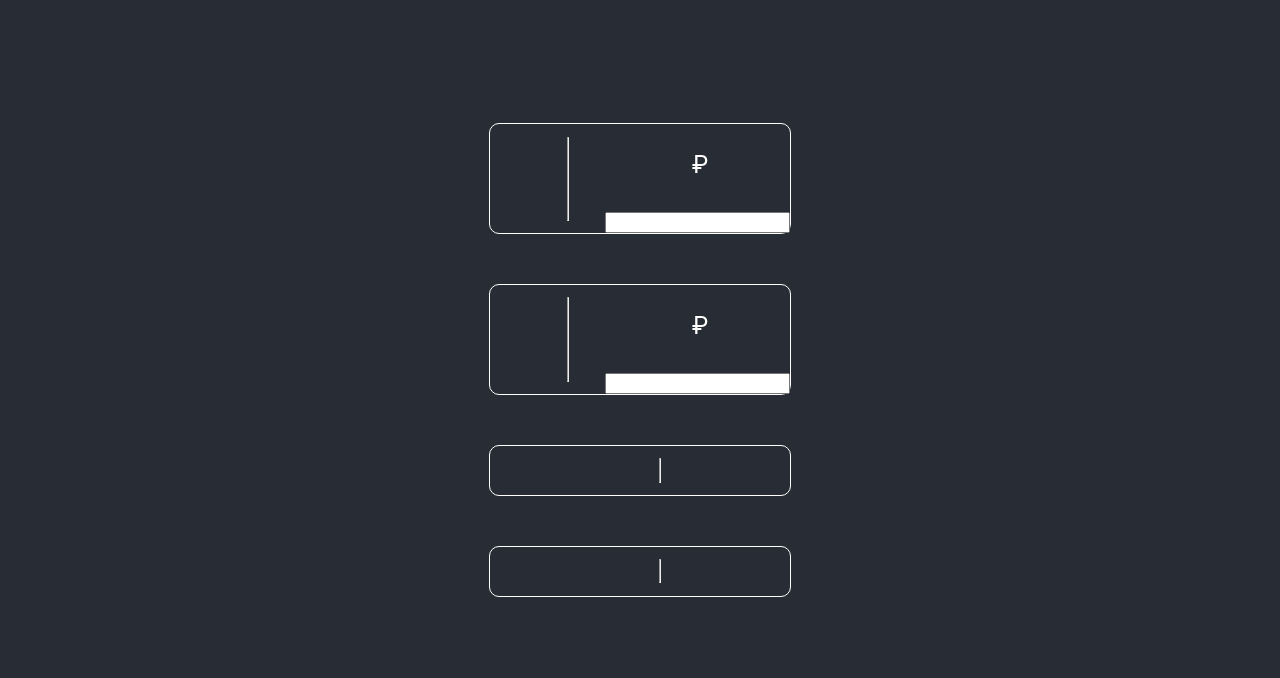
Repository: bandikost/capers
Page: /main
An editor plug-in stored every save of this project. The page is shown before and after a run of saves, followed by the edit.
The browser window is 1280 px wide. The pictures show the whole page.
The page's requests for data from a server got no answer. The project was rebuilt for these pictures with package versions that can differ from the ones it lists, and the page was loaded fresh each time. No one was signed in, and anything a server would have sent is missing.

Above is the page before, as saved 2023-04-10 12:54:17.

### src/App.js
import logo from './logo.svg';
import './App.css';
import { BrowserRouter, Routes, Route } from "react-router-dom";
import Main from './components/Main';



function App() {
  return (
    <div className="App">
      <header className="App-header">
      <BrowserRouter >
        <Routes>
            <Route path='/main' element={<Main />}/>

        </Routes>
      </BrowserRouter>
      </header>
    </div>
  );
}

export default App;

### src/App.css
.App {
  text-align: center;
}

.App-logo {
  height: 40vmin;
  pointer-events: none;
}


.App-header {
  background-color: #282c34;
  min-height: 100vh;
  display: flex;
  flex-direction: column;
  align-items: center;
  justify-content: center;
  font-size: calc(10px + 2vmin);
  color: white;
}

.App-link {
  color: #61dafb;
}


.table {
  height: auto;
  margin: 0 auto 0;
}

.cell {
  border: 1px solid white;
  border-radius: 10px;
  width: 300px;
  margin: 50px 0px;
  display: flex;
  justify-content: space-between;
}

.cell p {
  padding: 0 20px;
}

### src/components/Main.jsx
import React, { useState, useEffect } from "react";
import firebase from "../firebase";
import UserInput from "./UserInput";

export const Main = () => {
  const [name, setName] = useState({});
  const [balance, setbalance] = useState({});

  useEffect(() => {
    const balanceRef = firebase.database().ref("balance");
    balanceRef.on("value", (snapshot) => {
      const data = snapshot.val();
      setbalance(data);
    });

    const nameRef = firebase.database().ref("name");
    nameRef.on("value", (snapshot) => {
      const data = snapshot.val();
      setName(data);
    });
  }, []);

  const getHighestBalanceUser = () => {
    const users = Object.keys(balance);
    let highestBalance = -Infinity;
    let highestBalanceUser = "";
    users.forEach((user) => {
      if (balance[user] > highestBalance) {
        highestBalance = balance[user];
        highestBalanceUser = user;
      }
    });
    return highestBalanceUser;
  };

  return (
    <div className="table">
      <div className="cell">
        <p>{name.user1}</p>
        <hr />
        <UserInput userId="user1" name={name.user1} balance={balance.user1} />
      </div>
      <div className="cell">
        <p>{name.user2}</p>
        <hr />
        <UserInput userId="user2" name={name.user2} balance={balance.user2} />
      </div>
      <div className="cell">
        <p>{name.user3}</p>
        <hr />
      </div>
      <div className="cell">
        <p>{name.user4}</p>
        <hr />
        </div>
        </div>

  )
}
  export default Main;

### src/firebase.js

import "firebase/database";
import firebase from "firebase/compat/app";
import "firebase/compat/database";
import { getAuth } from "firebase/auth";
import { getFirestore } from "firebase/firestore";
import { getStorage, ref } from "firebase/storage";


const firebaseConfig = {
    apiKey: "AIzaSyBp1x8lQCSbuPwbK_sXJ7eGkGpN9c7ONY8",
    authDomain: "capers-a3171.firebaseapp.com",
    databaseURL: "https://capers-a3171-default-rtdb.europe-west1.firebasedatabase.app",
    projectId: "capers-a3171",
    storageBucket: "capers-a3171.appspot.com",
    messagingSenderId: "794243042023",
    appId: "1:794243042023:web:668504b8bdcbe9b7c63042",
    measurementId: "G-7YW48MQCSP"
  };

firebase.initializeApp(firebaseConfig);

export const auth = getAuth();
export const storage = getStorage()
export const db = getFirestore();
export default firebase;

### src/components/UserInput.js
import React, { useState } from "react";

const UserInput = ({ user, name, balance, onChange }) => {
  const [inputName, setInputName] = useState(name);
  const [inputBalance, setInputBalance] = useState(balance);

  const handleNameChange = (e) => {
    setInputName(e.target.value);
  };

  const handleBalanceChange = (e) => {
    setInputBalance(e.target.value);
  };

  return (
    <div>
      <p >{inputBalance}<span style={{marginLeft: "5px"}}>₽</span></p>

      <input type="number" value={inputBalance} onChange={handleBalanceChange} />

    </div>
  );
};

export default UserInput;

Loaded but not shown: public/index.html (common file); src/index.js (common file); src/index.css (common file); src/reportWebVitals.js (common file)

After the next 2 saves:
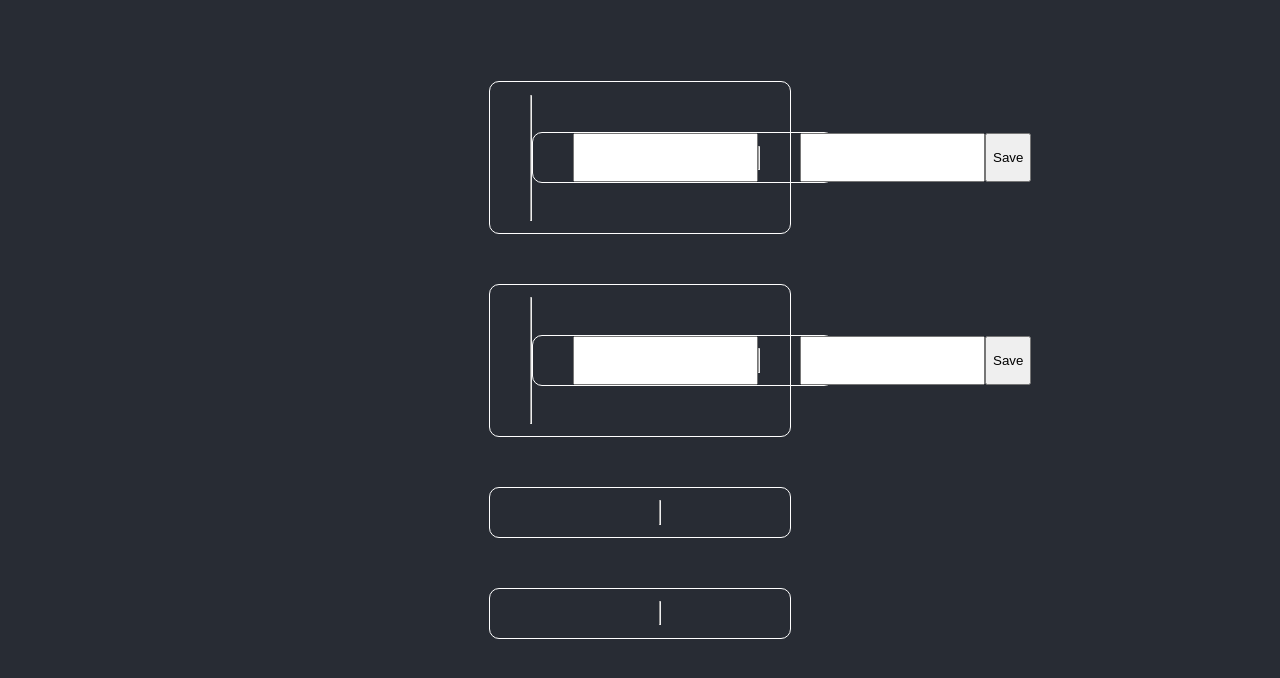
The 2 saves are shown as one change because they came seconds apart.
The last was saved 92 s later.
--- a/src/components/UserInput.js
+++ b/src/components/UserInput.js
@@ -13,11 +13,13 @@ const UserInput = ({ user, name, balance, onChange }) => {
   };
 
   return (
-    <div>
-      <p >{inputBalance}<span style={{marginLeft: "5px"}}>₽</span></p>
-
+    <div className="cell">
+      <p>{inputName}</p>
+      <input type="text" value={inputName} onChange={handleNameChange} />
+      <hr />
+      <p>{inputBalance}</p>
       <input type="number" value={inputBalance} onChange={handleBalanceChange} />
-
+      <button onClick={() => onChange(user, inputName, inputBalance)}>Save</button>
     </div>
   );
 };
